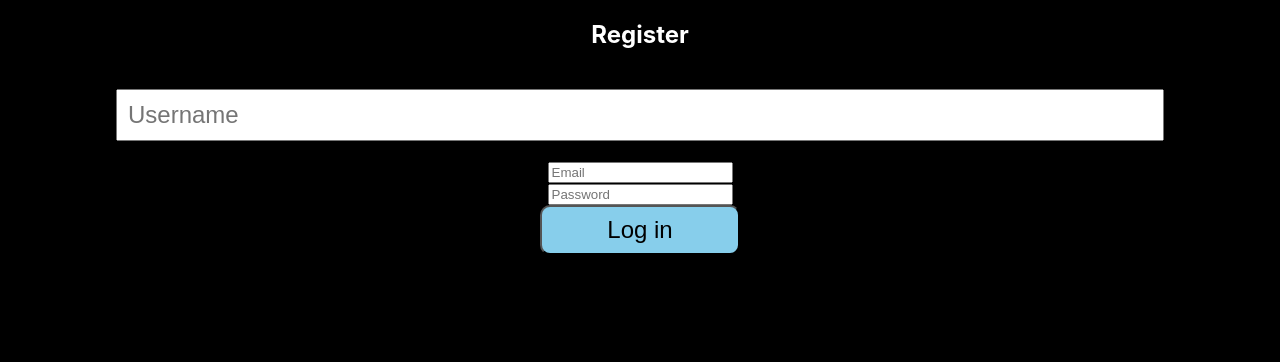
Repository: abhaysharma20233009/swiftKey
Page: /login (app in frontend/my-app/)
The author's editor kept a copy of each file at every save. The page is drawn from the files as they stood at one save, then again after the next save.
The browser window is 1280 px wide. The pictures show the whole page.
The project was rebuilt for these pictures with package versions that can differ from the ones it lists, and the page was loaded fresh each time. Also part of the build but not shown: frontend/my-app/src/Swifts.js, frontend/my-app/src/Results.js.

Above is the page before, as saved 2024-10-10 16:44:01.

### frontend/my-app/src/App.js
//App.js

import './App.css';
import React from 'react';
import { BrowserRouter as Router, Route, Routes } from 'react-router-dom';
import Swift from './Swifts';
import Results from './Results';
import Login from './Login';
const App = () => {
    return (
        <Router>
			<div className="App">
            <Routes>
                <Route path="/" element={<Swift />} />
                <Route path="/results" element={<Results />} />
                <Route path="/login" element={<Login />} />
            </Routes>
			</div>
        </Router>
    );
};

export default App;

### frontend/my-app/src/App.css
.App {
  text-align: center;
  color:white;
}

body{
  background-color:black;
}

.log{
  color:black;
  margin-left: 10px;
  margin-right: 10px;
  background-color: skyblue;
  border-radius: 10px;
  height:50px;
  width:200px;
  justify-self: end;
  font-size: x-large;
}




.in{
  font-size: 24px;
  width: 80%;
  padding: 10px;
  margin: 20px 0;
}

### frontend/my-app/src/Login.js
// Register.js
import React, { useState } from 'react';
import { useNavigate } from 'react-router-dom';
const Login = () => {
    const [username, setUsername] = useState('');
    const [email, setEmail] = useState('');
    const [password, setPassword] = useState('');

    const navigate = useNavigate();
    const fetchUser = async () => {
        try {
            await fetch('http://localhost:7000/login');

        } catch (error) {
            console.error('Error fetching messages:', error);
        }
    };

    const log = async () => {
        try {
            navigate('/', { state: { username } });
            const response = await fetch('http://localhost:7000/login', {
                method: 'POST',
                headers: {
                    'Content-Type': 'application/json',
                },
                body: JSON.stringify({ userName: username, email, password }),
            });

            if (!response.ok) {
                const errorData = await response.json();
                alert(errorData.message || errorData.error);
                return;
            }

            // Reset fields
            setUsername('');
            setPassword('');

            // Navigate to Swifts with username

            await fetchUser();

        } catch (error) {
            console.error('Error login:', error);
        }
    }


    return (
        <div>
            <h2>Register</h2>
            <form >
                <input
                    className="in"
                    type="text"
                    placeholder="Username"
                    value={username}
                    onChange={(e) => setUsername(e.target.value)}
                    required
                />
                <br/>
                <input
                    type="email"
                    placeholder="Email"
                    value={email}
                    onChange={(e) => setEmail(e.target.value)}
                    required
                />
                <br/>
                <input
                    type="password"
                    placeholder="Password"
                    value={password}
                    onChange={(e) => setPassword(e.target.value)}
                    required
                />
                <br/>
                <button className="log" onClick={log}>Log in</button>
            </form>
        </div>
    );
};

export default Login;

Loaded but not shown: frontend/my-app/public/index.html (common file); frontend/my-app/src/index.js (common file); frontend/my-app/src/index.css (common file); frontend/my-app/src/reportWebVitals.js (common file)

After the next save:
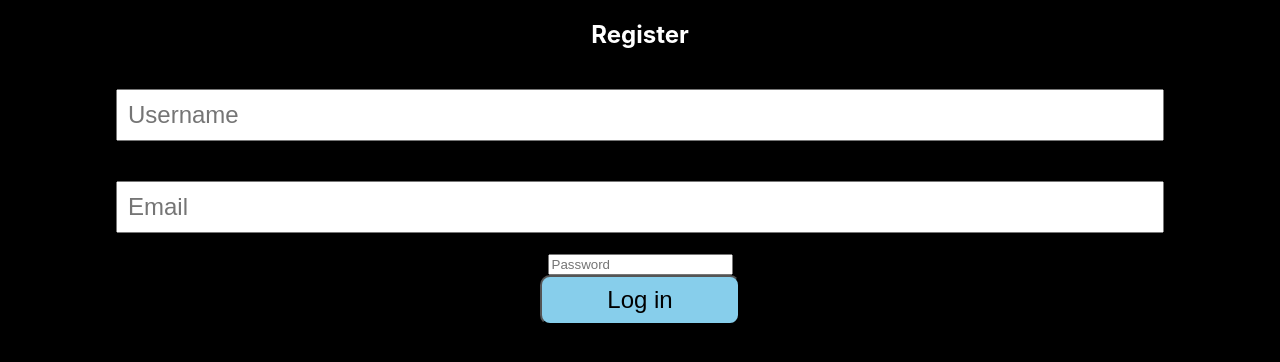
Saved 8 s later.
--- a/frontend/my-app/src/Login.js
+++ b/frontend/my-app/src/Login.js
@@ -61,6 +61,7 @@ const Login = () => {
                 />
                 <br/>
                 <input
+                className="in"
                     type="email"
                     placeholder="Email"
                     value={email}
